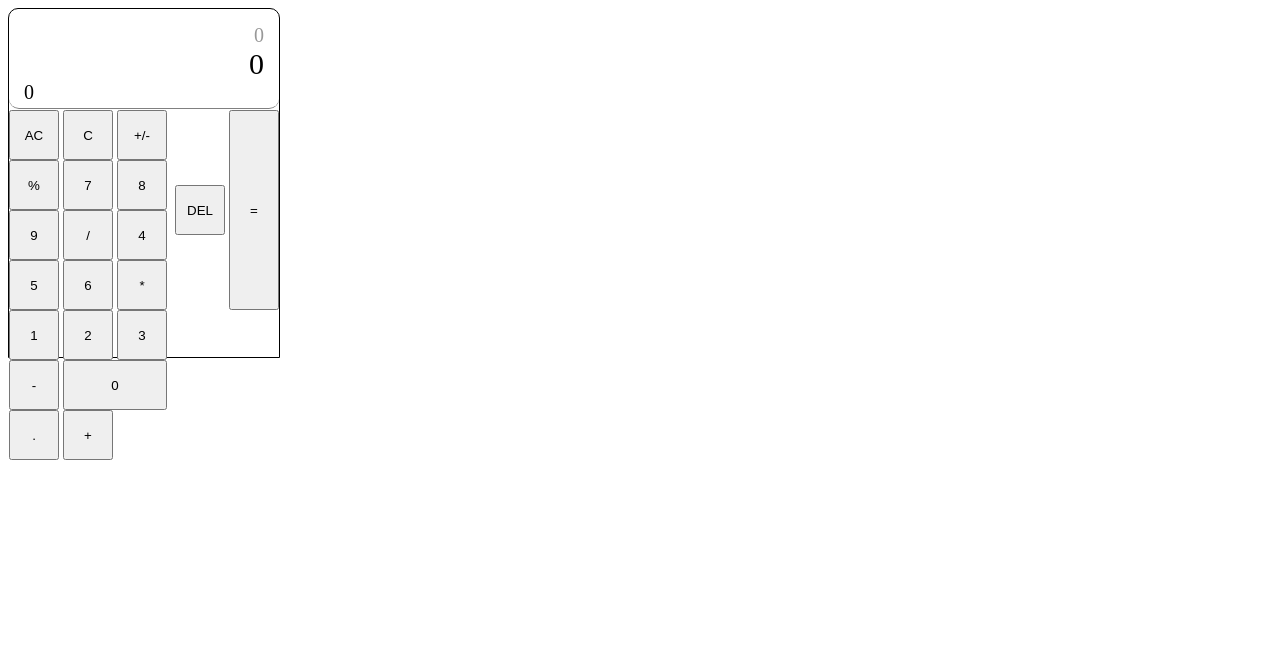
Repository: baziz22/Vanilla_JS_Projects
Page: claculator/index.html
The author's editor kept a copy of each file at every save. The page is drawn from the files as they stood at one save, then again after the next save.
The browser window is 1280 px wide. The pictures show the whole page.

Above is the page before, as saved 2022-03-02 03:28:10.
Console error: SyntaxError: Malformed arrow function parameter list

### claculator/index.html
<!DOCTYPE html>
<html lang="en">
  <head>
    <meta charset="UTF-8" />
    <meta http-equiv="X-UA-Compatible" content="IE=edge" />
    <meta name="viewport" content="width=device-width, initial-scale=1.0" />
    <link rel="stylesheet" href="style.css" />
    <script src="script.js" defer></script>
    <title>Calculator</title>
  </head>
  <body>
    <div class="container">
      <div class="wrapper">
        <div id="display">
          <div id="equation">0</div>
          <div id="total">0</div>
          <div id="temp-result">0</div>
        </div>
        <div id="buttons">
          <div id="left-side">
            <button class="btn" all-clear>AC</button>
          <button class="btn" last-entity-clear>C</button>
          <button class="btn" operation>+/-</button>
          <button class="btn" operation>%</button>
          <button class="btn" number>7</button>
          <button class="btn" number>8</button>
          <button class="btn" number>9</button>
          <button class="btn" operation>/</button>
          <button class="btn" number>4</button>
          <button class="btn" number>5</button>
          <button class="btn" number>6</button>
          <button classs="btn" operation>*</button>
          <button class="btn" number>1</button>
          <button class="btn" number>2</button>
          <button class="btn" number>3</button>
          <button class="btn" operation">-</button>
          <button class="btn" number id="btn-0">0</button>
          <button class="btn" number dot>.</button>
          <button class="btn" operation>+</button>
          </div>

          <div id="right-side">
            <button class="btn" operation>DEL</button>
            <button class="btn" equal id="equals">=</button>
          </div>












        </div>
      </div>
    </div>
  </body>
</html>

### claculator/style.css
* {
  box-sizing: border-box;
}
.wrapper {
  border: 1px solid black;
  border-top-right-radius: 10px;
  border-top-left-radius: 10px;
  width: 272px;
  height: 350px;
}
#buttons {
  margin-top: 1px;
  display: flex;
}
#left-side {
  align-items: left;
  flex: 4;
}
#right-side {
  align-items: right;
}
button {
  width: 50px;
  height: 50px;
}
#equals {
  height: 200px;
}
#btn-0 {
  width: 104px;
}
#display {
  padding: 15px;
  width: 270px;
  height: 100px;
  text-align: right;
  border-bottom: 1px solid gray;
  border-radius: 10px;
}
#equation {
  opacity: 0.4;
  font-size: 20px;
  /* overflow: hidden; */
}
#total {
  font-size: 30px;
}
#temp-result {
  font-size: 20px;
  text-align: left;
}

### claculator/script.js
const output = document.getElementById('output');
const total = document.getElementById('total');
const reset = document.getElementById('ac');
const btn = document.querySelectorAll('.btn');
const operants = ['=', '+', '-', '*', '/'];
const equalOperation = '=';
function clear() {}
function digitDelete() {}
const operantValue = function (arg, operant) {
  let theOperant = '';
  //console.log('args: ', arg);
  operant.forEach((element, i) => {
    //console.log(i + '. ' + element);
    //console.log('opernat: ', operant);
    if (operant[i] === arg[0]) {
      console.log('this is the operant', operant[i]);
      theOperant = operant[i];
    }
  });
  return theOperant;
};

function appendNumber(d) {
  let digits = [];
  let saveOperants = [];
  let saveDigits = [];
  let outputContents = '';
  console.log('print: ', d);
  if (d.value !== equalOperation) {
    digits.push(d.value);
    let g = operantValue(digits, operants);
    console.log('g: ', g);
    //console.log('digits: ', digits);
    output.innerHTML += digits;
    if (d.value !== g) {
      outputContents += output.textContent;
      console.log(outputContents);
      //saveOutputDigit = outputContents;
      //console.log('s: ',saveOutputDigit);
      out = outputContents.concat();
      console.log('out: ', out);
    }
    if (d.value === g) {
      outputContents = '';
      //saveOutputDigit = '';
      saveOperants.push(g);
      saveDigits.push(Number(out));
      console.log('2. OutputContents: ', out);
      console.log('saveDigits: ', saveDigits);
      //reset outputContent\
      console.log('saveOperants: ', saveOperants);
      //operantValue(digits, operants);
    }
  } else {
    compute();
  }
}
function chooseOperation(operation) {}
function compute() {
  console.log('Final Result');
}
function updateDisplay() {}
let out = '';
let saveOutputDigit = '';


  btn.forEach(element => {
    element.addEventListener('click', appendNumber(element) => {element.value});
  });

After the next save:
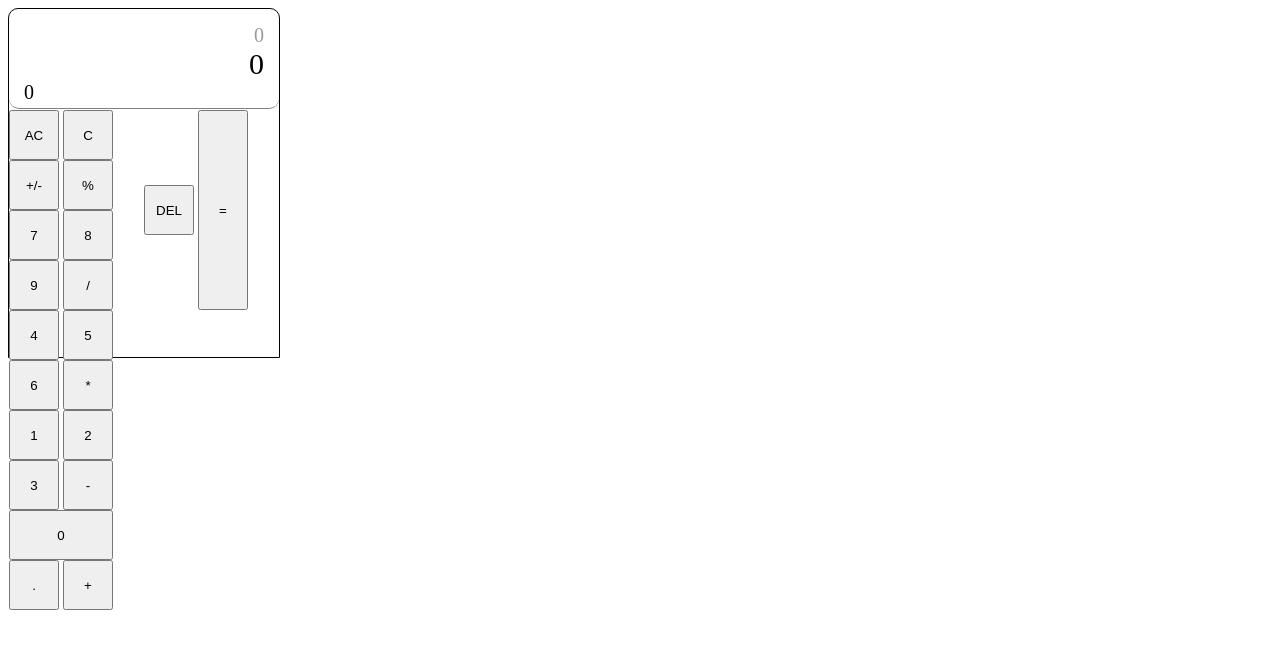
Saved 12 s later.
--- a/claculator/style.css
+++ b/claculator/style.css
@@ -18,6 +18,7 @@
 }
 #right-side {
   align-items: right;
+  flex: 4;
 }
 button {
   width: 50px;
